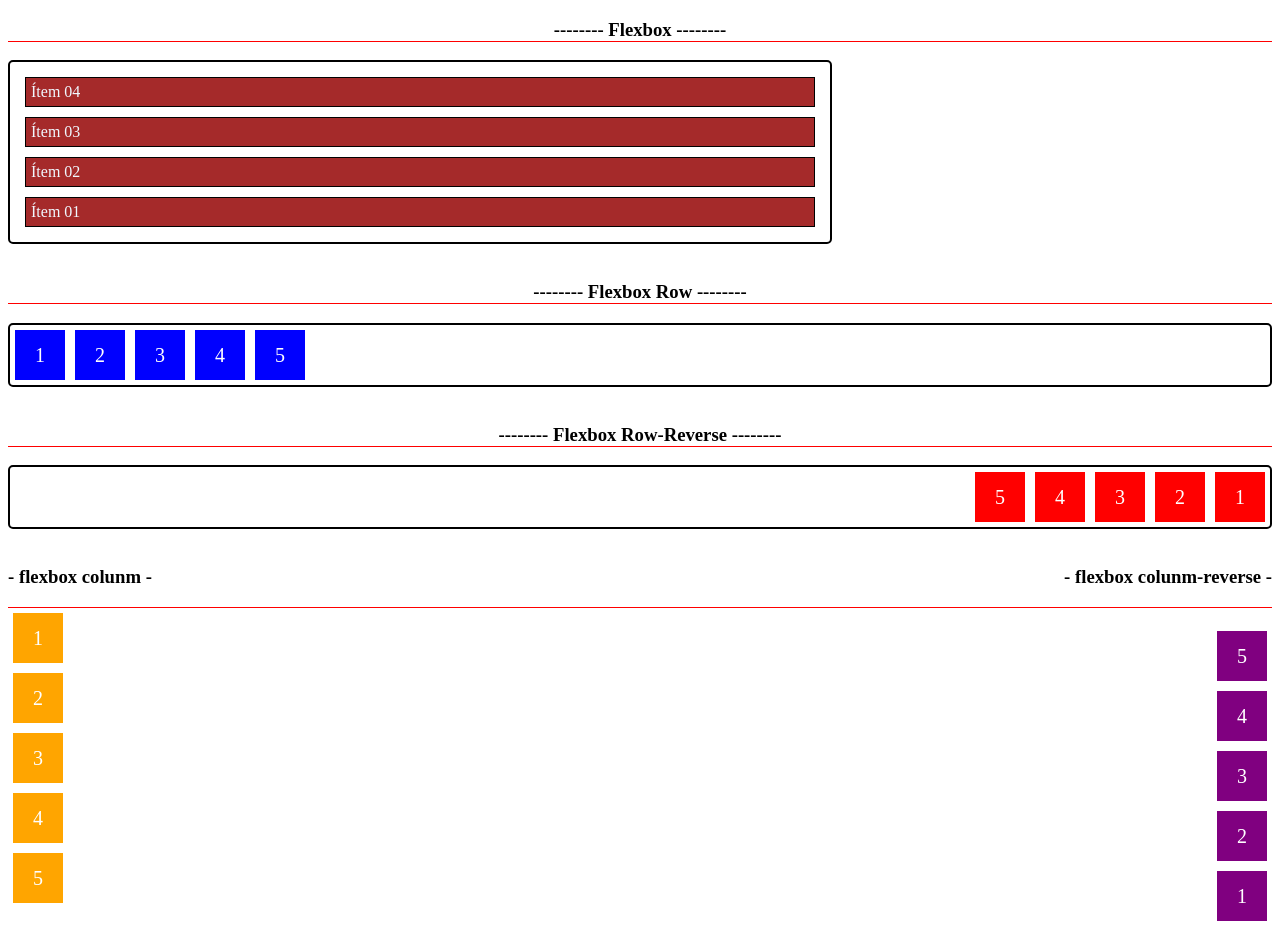
Repository: ozielms/flexbox
Page: outros/flexbox-master/index.html
The author's editor kept a copy of each file at every save. The page is drawn from the files as they stood at one save, then again after the next save.
The browser window is 1280 px wide. The pictures show the whole page.

Above is the page before, as saved 2022-04-26 00:18:59.

### outros/flexbox-master/index.html
<!DOCTYPE html>
<html lang="en">

<head>
    <meta charset="UTF-8">
    <meta http-equiv="X-UA-Compatible" content="IE=edge">
    <meta name="viewport" content="width=device-width, initial-scale=1.0">
    <title>Flexbox</title>

    <link rel="stylesheet" href="css/estilo.css">
</head>

<body>

    <h3 class="titulo">-------- flexbox --------</h3>
    <div class="pai">
        <div class="filho filho1">Ítem 01</div>
        <div class="filho filho2">Ítem 02</div>
        <div class="filho filho3">Ítem 03</div>
        <div class="filho filho4">Ítem 04</div>
    </div>

    <br>

    <h3 class="titulo">-------- flexbox row --------</h3>
    <ul class="flex-container row">
        <li class="flex-item">1</li>
        <li class="flex-item">2</li>
        <li class="flex-item">3</li>
        <li class="flex-item">4</li>
        <li class="flex-item">5</li>
    </ul>

    <br>

    <h3 class="titulo">-------- flexbox row-reverse --------</h3>
    <ul class="flex-container row-reverse">
        <li class="flex-item">1</li>
        <li class="flex-item">2</li>
        <li class="flex-item">3</li>
        <li class="flex-item">4</li>
        <li class="flex-item">5</li>
    </ul>

    <br>

    <div class="titulo-flex">
        <div>
            <h3>- flexbox colunm -</h3>
        </div>
        <div class="titulo-colunm-reverse">
            <h3>- flexbox colunm-reverse -</h3>
        </div>
    </div>

    <ul class="flex-container colunm">
        <li class="flex-item">1</li>
        <li class="flex-item">2</li>
        <li class="flex-item">3</li>
        <li class="flex-item">4</li>
        <li class="flex-item">5</li>
    </ul>

    <br>

    <ul class="flex-container colunm-reverse">
        <li class="flex-item">1</li>
        <li class="flex-item">2</li>
        <li class="flex-item">3</li>
        <li class="flex-item">4</li>
        <li class="flex-item">5</li>
    </ul>


    <br>


</body>

</html>

### outros/flexbox-master/css/estilo.css
.titulo {
    text-align: center;
    text-transform: capitalize;
    border-bottom: 1px solid red;
}

.titulo-flex {
    display: flex;
    border-bottom: 1px solid red;
}

.titulo-colunm-reverse {
    margin-left: auto;
}


/* -------- FLEXBOX -------- */

.pai {
    max-width: 800px;
    padding: 10px;
    border: 2px solid black;
    border-radius: 5px;
    /* FLEXBOX */
    display: flex;
    flex-direction: column-reverse;
}

.filho {
    background-color: brown;
    color: aliceblue;
    padding: 5px;
    border: 1px solid black;
    margin: 5px;
}


/* -------- FLEXBOX - FLEX CONTAINER -------- */

.flex-container {
    margin: 0;
    padding: 0;
    display: flex;
    list-style: none;
}

.flex-item {
    background: blue;
    height: 50px;
    width: 50px;
    line-height: 50px;
    font-size: 20px;
    color: white;
    text-align: center;
    margin: 5px;
}


/* -------- FLEXBOX - FLEX ROW -------- */

.row {
    border: 2px solid black;
    border-radius: 5px;
    flex-direction: row;
}

.row-reverse {
    border: 2px solid black;
    border-radius: 5px;
    flex-direction: row-reverse;
}

.row-reverse li {
    background-color: red;
}


/* -------- FLEXBOX - FLEX COLUNM -------- */

.colunm {
    float: left;
    flex-direction: column;
}

.colunm li {
    background-color: orange;
}

.colunm-reverse {
    float: right;
    flex-direction: column-reverse;
}

.colunm-reverse li {
    background-color: purple;
}


/* -------- FLEXBOX - FLEX WRAP -------- */

After the next save:
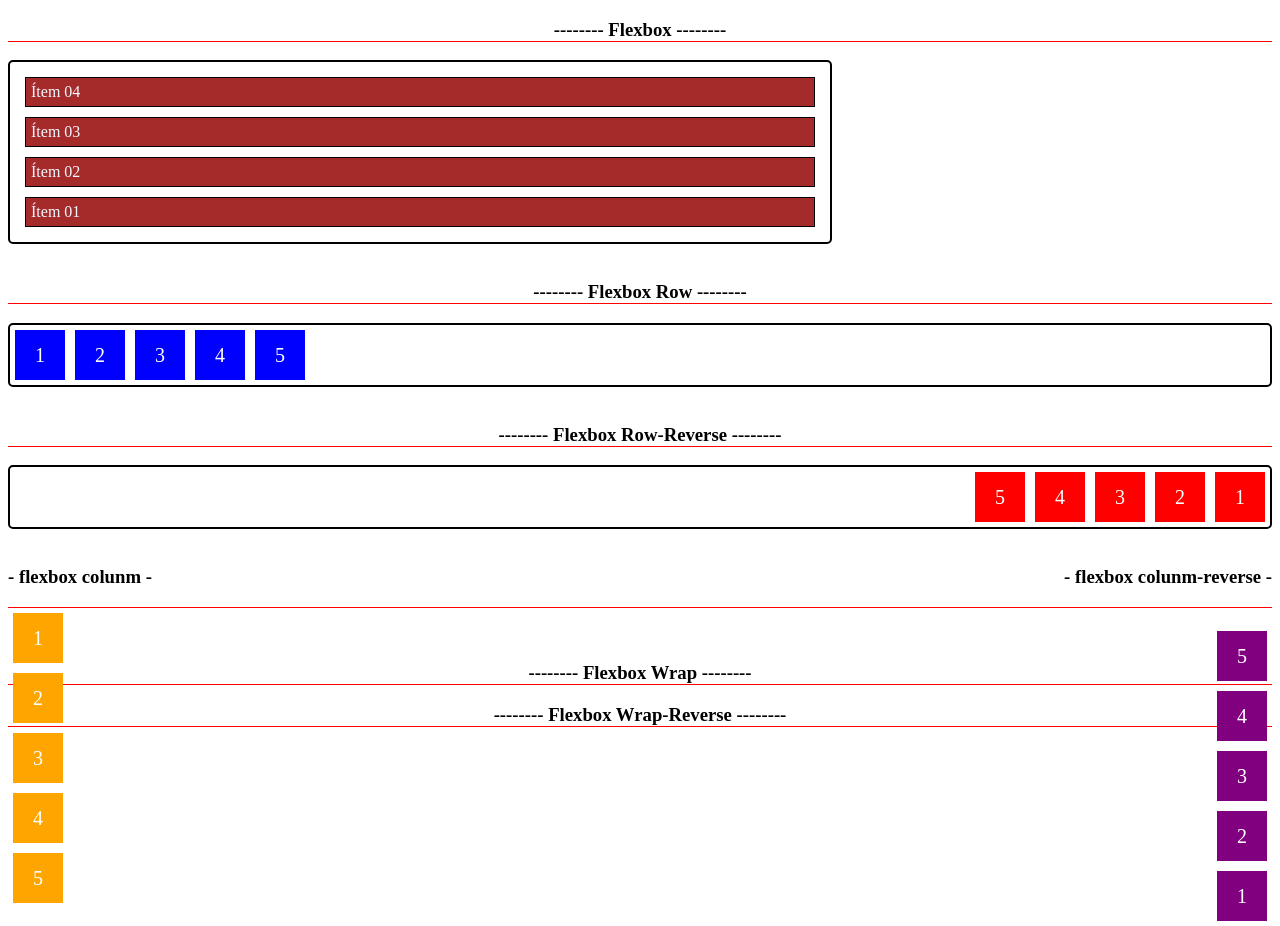
Saved 88 s later.
--- a/outros/flexbox-master/index.html
+++ b/outros/flexbox-master/index.html
@@ -71,8 +71,12 @@
         <li class="flex-item">5</li>
     </ul>
 
+    <br>
 
-    <br>
+    <h3 class="titulo">-------- flexbox wrap --------</h3>
+
+
+    <h3 class="titulo">-------- flexbox wrap-reverse --------</h3>
 
 
 </body>
